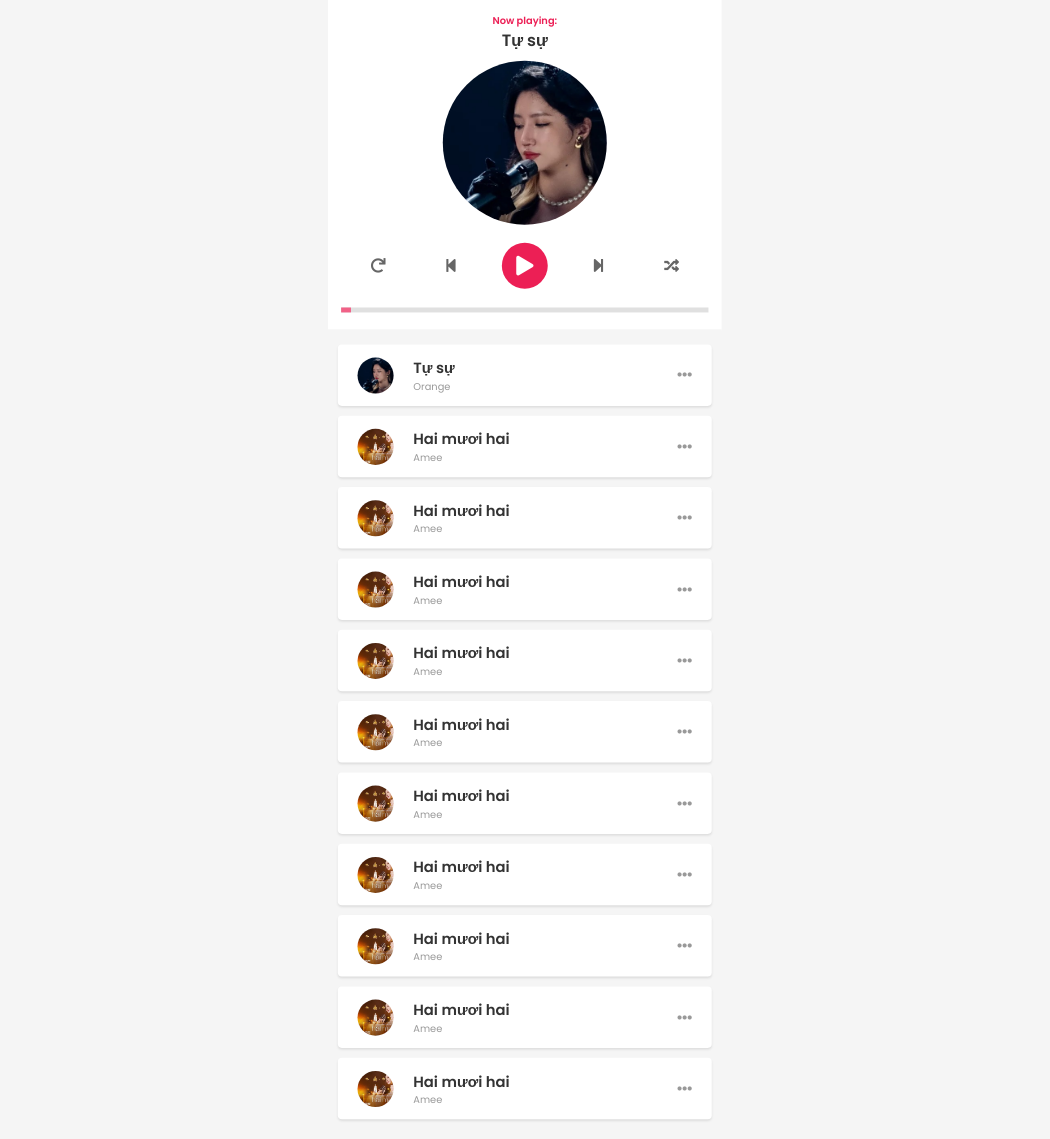
Repository: tannv3201/learn_JS_F8
Page: Example/Music player/index.html
An editor plug-in stored every save of this project. The page is shown before and after the next save, followed by the edit.
The browser window is 1280 px wide. The pictures show the whole page, at 82% of full size.

Above is the page before, as saved 2022-08-17 12:17:40.

After the next save:
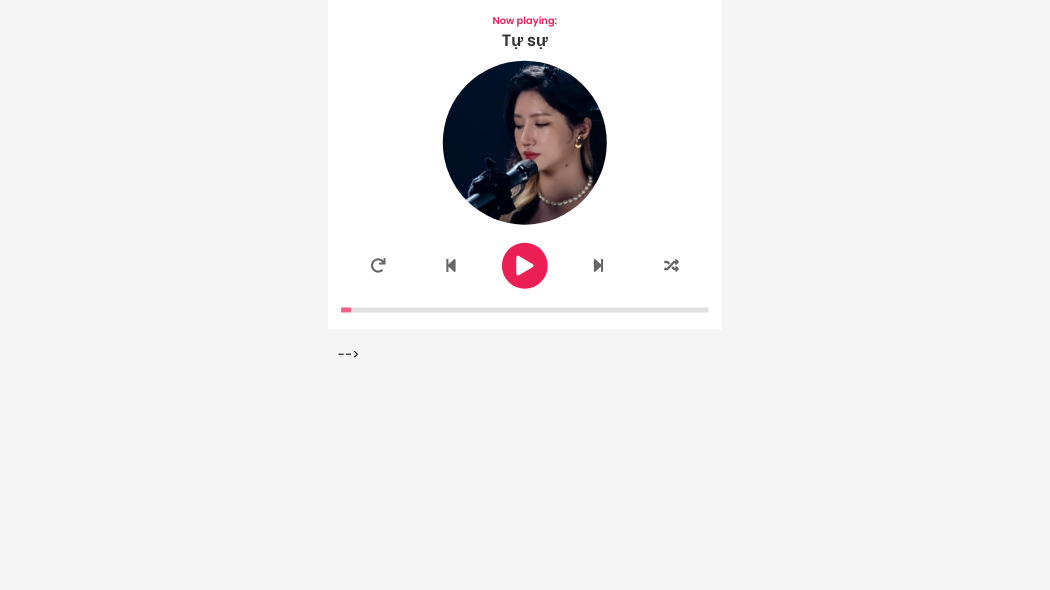
Console error: ReferenceError: pro is not defined
Saved 2 min 58 s later.
--- a/Example/Music player/main.js
+++ b/Example/Music player/main.js
@@ -163,6 +163,11 @@
                 progress.value = progressPercent;
             }
         }
+
+        // xử lý khi tua bài hát
+        pro.onchange = function (e) {
+            console.log(e.target.value);
+        }
     },
 
     loadCurrentSong: function () {

After the save that followed:
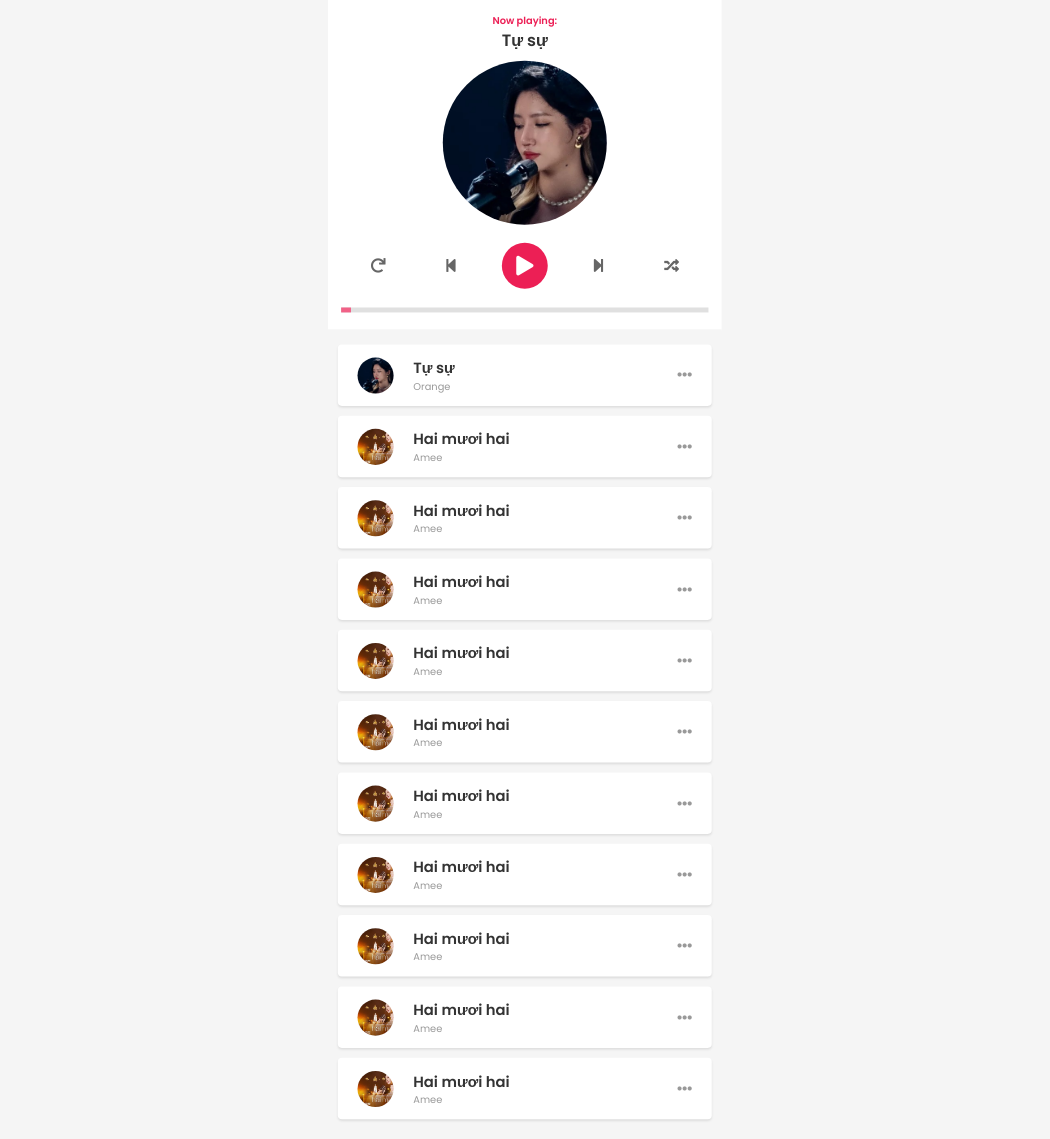
The error is gone.
Saved 9 s later.
--- a/Example/Music player/main.js
+++ b/Example/Music player/main.js
@@ -165,7 +165,7 @@
         }
 
         // xử lý khi tua bài hát
-        pro.onchange = function (e) {
+        progress.onchange = function (e) {
             console.log(e.target.value);
         }
     },
